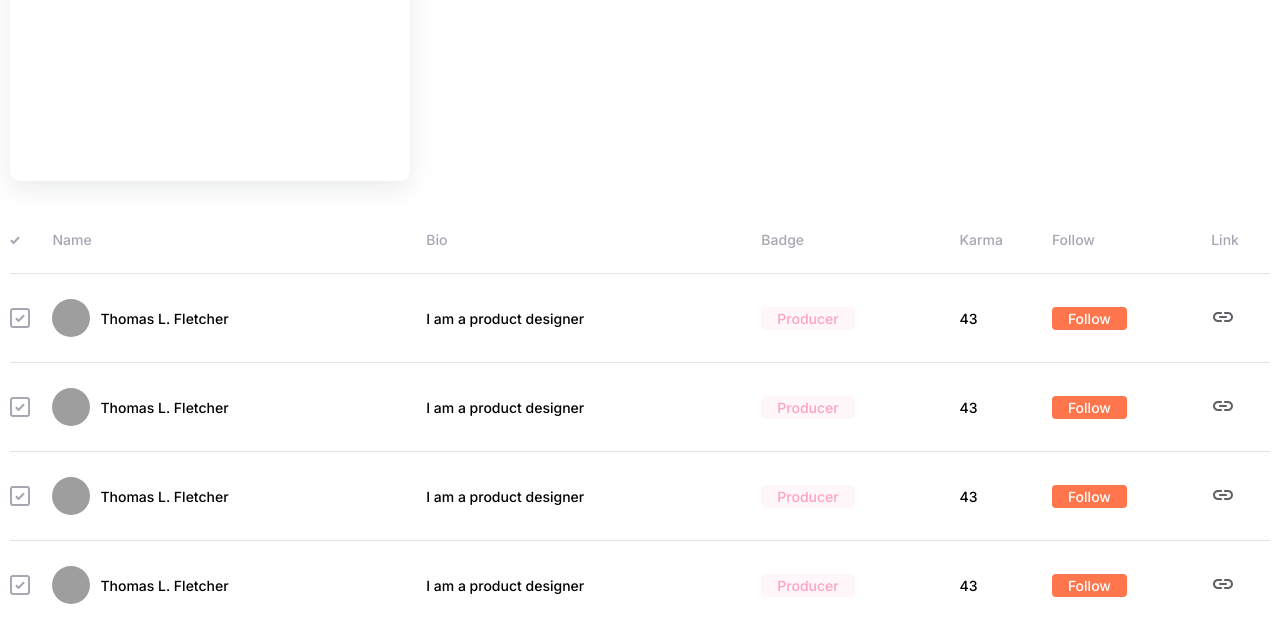
Repository: anhphapap/CSS
Page: test.html
An editor plug-in stored every save of this project. The page is shown before and after the next save, followed by the edit.
The browser window is 1280 px wide. The pictures show the part of the page from y = 642 to 1284 px (the page is 1281 px tall before and 1284 px after).
Pictures or frames that could not be fetched are drawn as grey boxes. A picture or video elsewhere on the page could not be fetched, so the positions and the page height are approximate.

Above is the page before, as saved 2023-04-09 18:54:36.

After the next save:
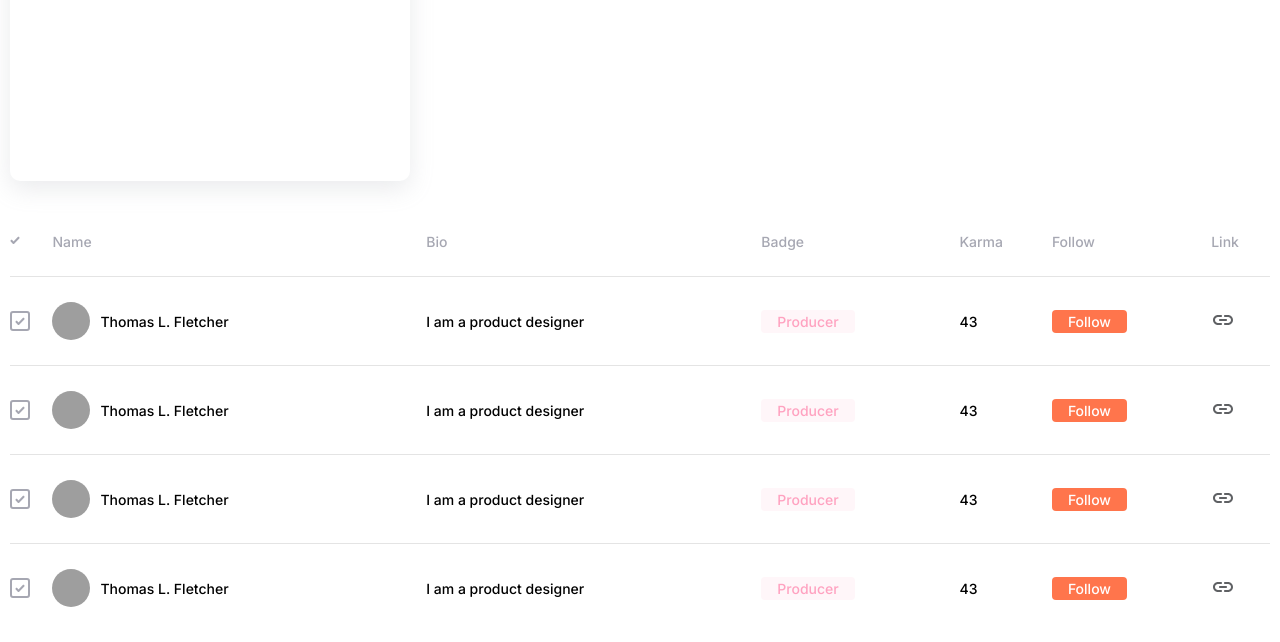
Saved 9 s later.
--- a/CSS/test.css
+++ b/CSS/test.css
@@ -333,7 +333,9 @@ td{
 }
 
 .tcheck-cus0{
-
+    width: 20px;
+    height: 20px;
+    border-radius: 3px;
 }
 
 .tcheck-cus{
